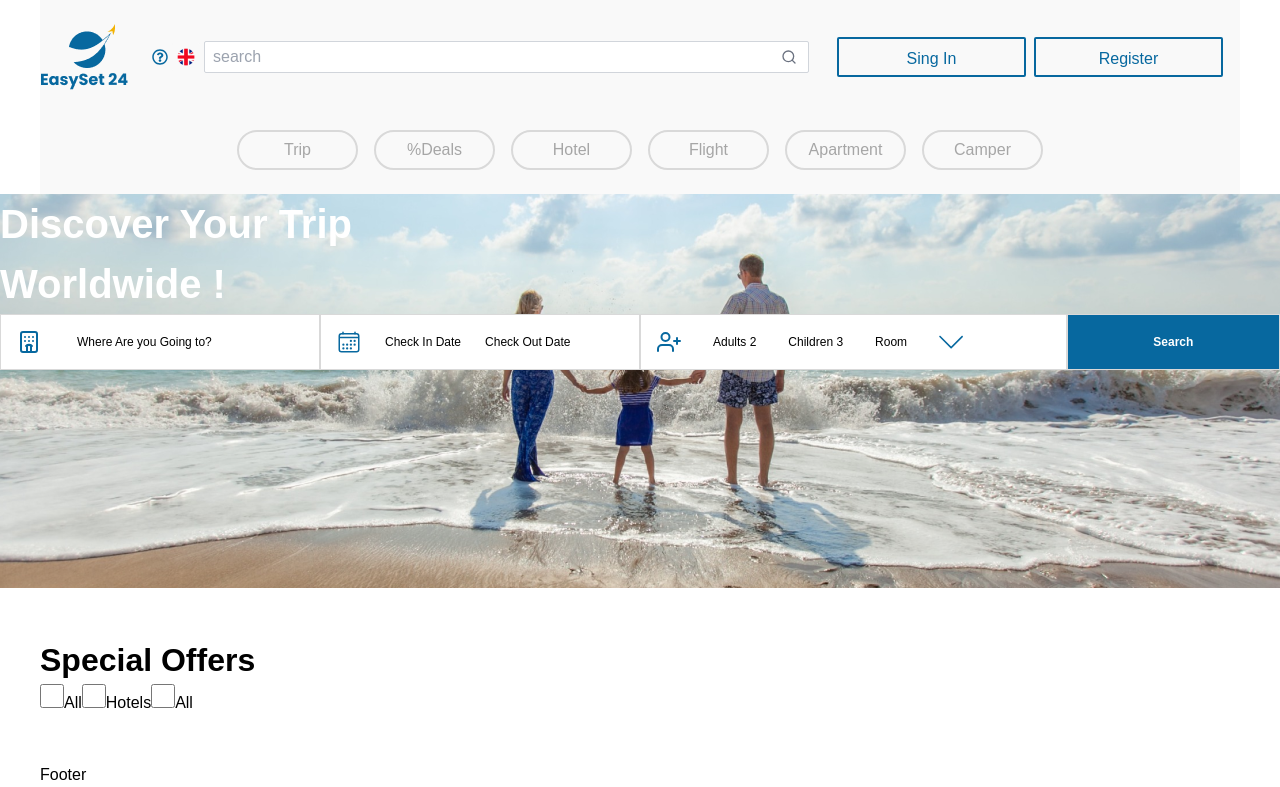
Repository: Quynhhuong150322/DIKO_STUDY_TRAVEL_WEB
Page: /
These files come from the project's save history. The page is drawn as it stood at one moment and after the next save; the edit follows.
The browser window is 1280 px wide. The pictures show the whole page.
The project was rebuilt for these pictures with package versions that can differ from the ones it lists, and the page was loaded fresh each time. Also part of the build but not shown: src/components/Login.js, src/components/Register.js. Imported but missing from the stored project, and not drawn on this page: src/redux/slices/authSlice.

Above is the page before, as saved 2024-02-23 10:02:39.

### src/index.css
@tailwind base;
@tailwind components;
@tailwind utilities;

@import url("https://fonts.googleapis.com/css2?family=Poppins:wght@100;300;400;500;600&display=swap");

@layer base {
  html {
    font-family: "Poppins", sans-serif;
  }
  * {
    margin: 0;
    padding: 0;
    box-sizing: border-box;
    scroll-behavior: smooth;
    /* background-color: #F9F9F9; */
  }
}

@layer components {
  .max-container {
    max-width: 1260px;
    /* min-height: 100vh; */
    margin: 0 auto;
    padding: 0 30px;
    /* display: flex; */
    /* flex-direction: column; */
    justify-content: space-between;
  }
  .button {
    width: 189px;
    height: 40px;
    border-style: solid;
    border-width: 2px;
    border-color: #07689F;
    color: #07689F;
  }
  .tabMenu {
    width: 121px;
    height: 40px;
    color: #D9D9D9;
    border-style: solid;
    border-width: 2px;
    border-color: #D9D9D9;
    color: #D9D9D9;
    border-radius: 9999px;
  }
  .tabSearch {
    /* max-width: 1190px; */
    height: 56px;
    border-style: solid;
    border-width: 1px;
    border-color: #D9D9D9;
    padding: 0 16px;
    font-size: 12px;
  }
  /* .text_h2 {
    font-size: 32px;
    font-style: bold;
  } */
}

### src/App.js
import React from "react";
import Navbar from "./components/Navbar";
import Footer from "./components/Footer";
import AppRoutes from "./routes/AppRoutes";
import { BrowserRouter as Router } from "react-router-dom";

const App = () => {
  return (
    <Router>
      <div className="">
        <div className="max-container">
          <Navbar />
        </div>
        <div>
          <AppRoutes />
        </div>
        <div className="max-container">
          <Footer />
        </div>
      </div>
    </Router>
  );
};

export default App;

### src/redux/store.js
import { configureStore } from "@reduxjs/toolkit";
import authReducer from "./slices/authSlice";

export const store = configureStore({
  reducer: {
    users: authReducer,
  },
});

### src/components/Navbar.js
import React from 'react'
import Logo from '../assets/images/Header/Logo.png'
import EL from '../assets/images/Header/England.png'
import { FaRegQuestionCircle } from "react-icons/fa";
import { LuSearch } from "react-icons/lu";

const MenuData = [
    {
        id: 1,
        name: 'Trip',
    },
    {
        id: 2,
        name: '%Deals',
    },
    {
        id: 3,
        name: 'Hotel',
    },
    {
        id: 4,
        name: 'Flight',
    },
    {
        id: 5,
        name: 'Apartment',
    },
    {
        id: 6,
        name: 'Camper',
    },
]

const Navbar = () => {
    return (
        <div className='bg-neutral py-[24px]'>
            <div className="flex flex-col gap-10">
                {/* Header Section  */}
                <div className='flex gap-2 items-center'>
                    <img src={Logo} alt="" />
                    <div className='flex gap-7 items-center'>
                        <div className="flex gap-1 items-center">
                            <FaRegQuestionCircle className='text-primary' />
                            <img src={EL} alt="" className='w-7 h-7' />
                            {/* Search  */}
                            <div className="relative flex items-center">
                                <input
                                    type="text"
                                    placeholder="search"
                                    className="w-[605px] h-[32px] rounded-sm border border-gray-300 px-2 py-1 focus:outline-none focus:border-1 focus:border-primary"
                                />
                                <LuSearch className="text-gray-500 group-hover:text-primary absolute top-1/2 -translate-y-1/2 right-3 cursor-pointer" />
                            </div>
                        </div>
                        <div className='flex gap-2 items-center'>
                            <button className='button border-primary bg-neutral hover:scale-105 py-2 px-4 rounded-sm'>
                                Sing In
                            </button>
                            <button className='button border-primary bg-neutral hover:scale-105 py-2 px-4 rounded-sm'>
                                Register
                            </button>
                        </div>
                    </div>
                    <div>
                    </div>
                </div>
                {/* Upper Nav  */}
                <div className=''>
                    <div className=' '>
                        <ul className='flex justify-center gap-4'>
                            {
                                MenuData.map((data) => (
                                    <button key={data.id} className='text-pri tabMenu focus:bg-primary focus:text-white focus:font-bold focus:border-primary inline-block hover:text-primary' >
                                        {data.name}
                                    </button>
                                ))
                            }
                        </ul>
                    </div>
                </div>
            </div>
        </div>
    )
}

export default Navbar

### src/routes/AppRoutes.js
import React from "react";
import { Switch, Route } from "react-router-dom";
import Login from "../components/Login";
import Register from "../components/Register";
import Langding from "../pages/LangdingPage/Langding";
const AppRoutes = () => {
  return (
    <div>
      <Switch>
        <Route path="/login">
          <Login />
        </Route>
        <Route path="/register">
          <Register />
        </Route>
        <Route path="/" exact>
          <Langding />
        </Route>
        <Route path="*">
          <div className="">404 not Error...</div>
        </Route>
      </Switch>
    </div>
  );
};

export default AppRoutes;

### src/pages/LangdingPage/Langding.js
import React from 'react'
import Picture from '../../assets/images/LangdingPage/Picture.png'
import { LuHotel } from "react-icons/lu";
import { IoCalendarOutline } from "react-icons/io5";
import { SlArrowDown } from "react-icons/sl";
import { FiUserPlus } from "react-icons/fi";

const BannerImg = {
  backgroundImage: `url(${Picture})`,
  backgroundPosition: "center",
  backgroundRepeat: "no-repeat",
  backgroundSize: "cover",
  height: "394px",
  width: "100%",
};


const Langding = () => {
  return (
    <div >
      {/* Discover Trip  */}
      <div className=' background ' style={BannerImg}>
        <div className=' '>
          <h1 className='text-3xl w-1/3 font-bold text-white bg-opacity-0'>
            Discover Your Trip Worldwide !
          </h1>
          <div class="flex flex-row  bg-white">
            <div class="basis-1/4 tabSearch flex gap-9 items-center">
              <LuHotel className='text-primary' size={24} />
              <p className=''>
                Where Are you Going to?
              </p>
            </div>
            <div class="basis-1/4 tabSearch flex gap-6 items-center">
              <IoCalendarOutline size={24} className='text-primary' />
              <p className=''>
                Check In Date
              </p>
              <p className=''>
                Check Out Date
              </p>
            </div>
            <div class="basis-1/3 tabSearch flex gap-8 items-center">
              <FiUserPlus size={24} className='text-primary' />
              <p className=''>
                Adults 2
              </p>
              <p className=''>
                Children 3
              </p>
              <p className=''>
                Room
              </p>
              <SlArrowDown size={24} className='text-primary' />
            </div>
            <div class="basis-1/6  tabSearch bg-primary flex justify-center items-center">
              <p className='font-bold text-white'>Search</p>
            </div>
          </div>
        </div>
      </div>
      {/* Special Offers */}
      <div className='max-container py-12'>
        <div className=''>
          <h2 className='text-2xl font-bold'>Special Offers</h2>
          <div className='flex '>
            <div className=''>
              <input
                type="checkbox"
                className="w-[24px] h-[24px] border border-gray-300 px-2 py-1 focus:outline-none focus:border-1 focus:border-primary"
              />
              <label for="checkbox" className=''>All</label>
            </div>
            <div className=''>
              <input
                type="checkbox"
                className="w-[24px] h-[24px] border border-gray-300 px-2 py-1 focus:outline-none focus:border-1 focus:border-primary"
              />
              <label for="checkbox" className=''>Hotels</label>
            </div>
            <div className=''>
              <input
                type="checkbox"
                className="w-[24px] h-[24px] border border-gray-300 px-2 py-1 focus:outline-none focus:border-1 focus:border-primary"
              />
              <label for="checkbox" className=''>All</label>
            </div>
          </div>
        </div>
      </div>
    </div>
  )
}

export default Langding

### tailwind.config.js
/** @type {import('tailwindcss').Config} */
module.exports = {
  content: ["./src/**/*.{js,jsx,ts,tsx}"],
  theme: {
    extend: {
      colors: {
        primary: "#07689F",
        secondary: "#D9D9D9",
        neutral: "#F9F9F9",
        pri: "#A6A6A6",
      },
      fontSize: {
        sm: '12px',
        base: '16px',
        xl: '20px',
        '2xl': '32px',
        '3xl': '40px',
        '4xl': '44px',
        // '5xl': '3.052rem',
      },
    },
  },
  plugins: [],
};

Loaded but not shown: public/index.html (common file); src/index.js (common file); src/reportWebVitals.js (common file); src/components/Footer.js (common file)

After the next save:
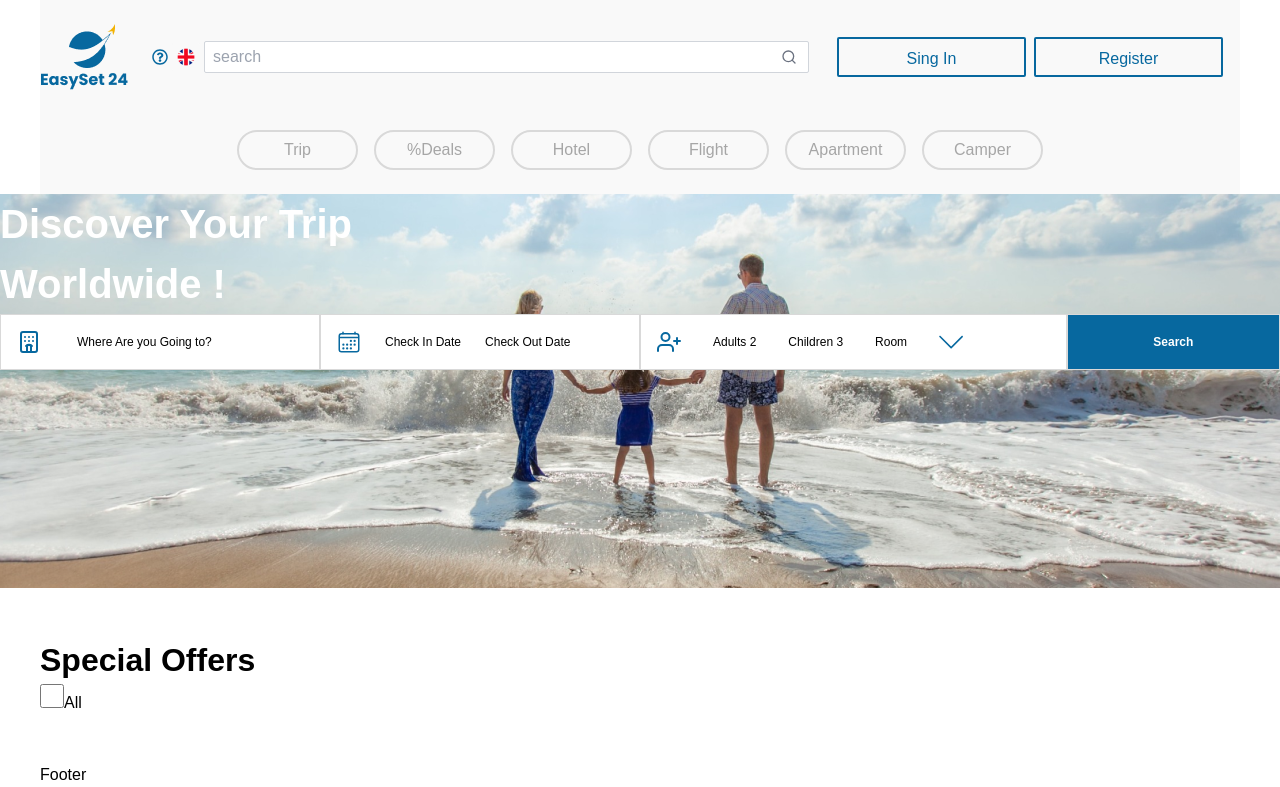
Saved 107 s later.
--- a/src/pages/LangdingPage/Langding.js
+++ b/src/pages/LangdingPage/Langding.js
@@ -13,6 +13,24 @@ const BannerImg = {
   height: "394px",
   width: "100%",
 };
+const ListMenu = [
+  {
+    id: 1,
+    name: "All",
+  },
+  {
+    id: 2,
+    name: "All",
+  },
+  {
+    id: 3,
+    name: "All",
+  },
+  {
+    id: 4,
+    name: "All",
+  }
+]
 
 
 const Langding = () => {
@@ -71,20 +89,7 @@ const Langding = () => {
               />
               <label for="checkbox" className=''>All</label>
             </div>
-            <div className=''>
-              <input
-                type="checkbox"
-                className="w-[24px] h-[24px] border border-gray-300 px-2 py-1 focus:outline-none focus:border-1 focus:border-primary"
-              />
-              <label for="checkbox" className=''>Hotels</label>
-            </div>
-            <div className=''>
-              <input
-                type="checkbox"
-                className="w-[24px] h-[24px] border border-gray-300 px-2 py-1 focus:outline-none focus:border-1 focus:border-primary"
-              />
-              <label for="checkbox" className=''>All</label>
-            </div>
+
           </div>
         </div>
       </div>
